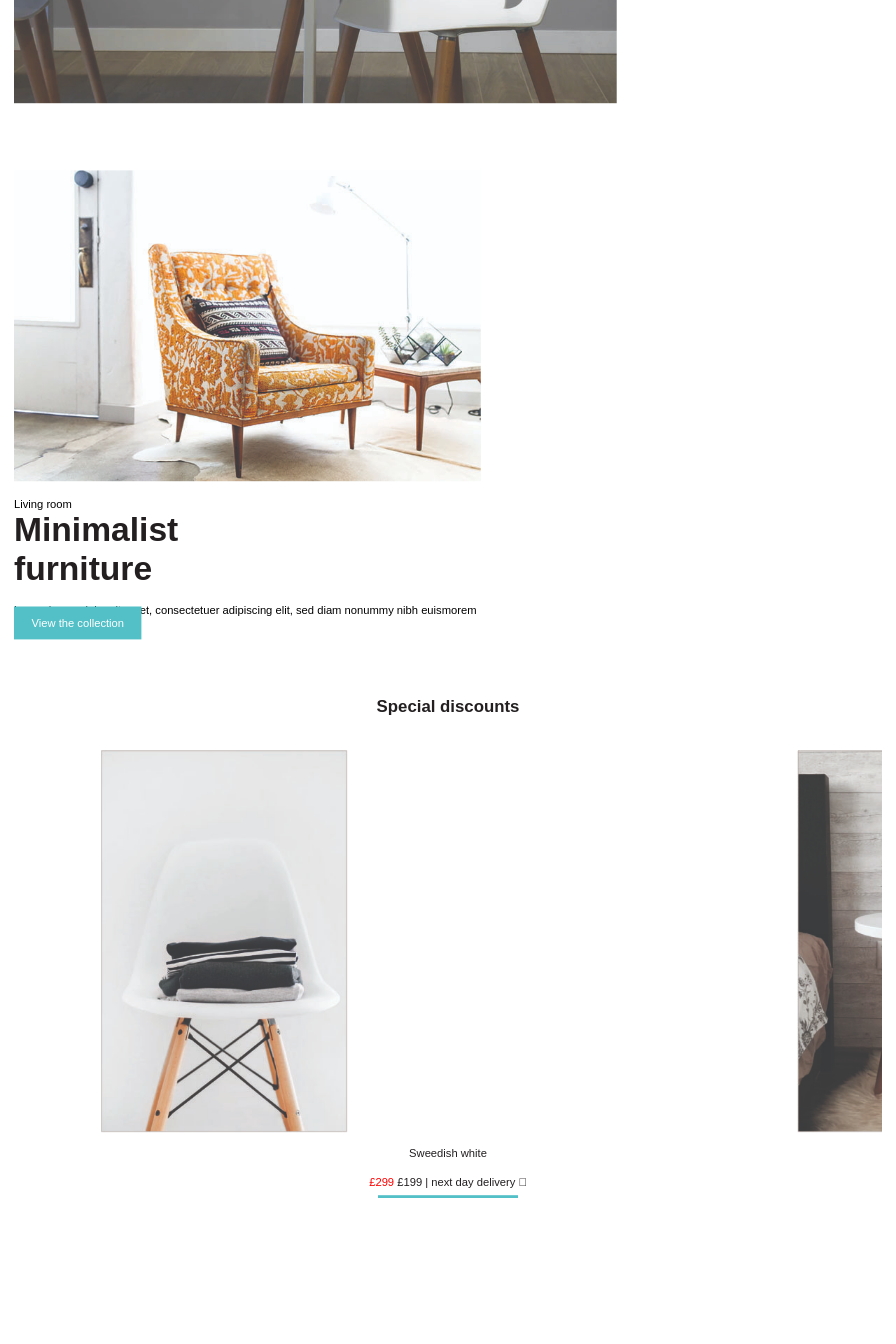
Repository: dinhhaidh/republic-web
Page: index.html
The author's editor kept a copy of each file at every save. The page is drawn from the files as they stood at one save, then again after the next save.
The browser window is 1280 px wide. The pictures show the part of the page from y = 1038 to 2958 px (the page is 2958 px tall), at 70% of full size.
Some web fonts or font styles are not loaded; a fallback is used. Some web libraries are served in a nearby version.

Above is the page before, as saved 2024-01-24 19:10:03.

### index.html
<!DOCTYPE html>
<html lang="en">
<head>
    <meta charset="UTF-8">
    <meta name="viewport" content="width=device-width, initial-scale=1.0">

    <!--=============== FAVICON ===============-->
    <link rel="shortcut icon" href="assets/img/favicon.png" type="image/x-icon">

    <!--=============== REMIXICONS ===============-->
    <link rel="stylesheet" href="https://cdn.jsdelivr.net/npm/remixicon@4.1.0/fonts/remixicon.min.css">

    <link
    rel="stylesheet"
    href="https://cdn.jsdelivr.net/npm/swiper@11/swiper-bundle.min.css"
  />

    <!--=============== CSS ===============-->
    <link rel="stylesheet" href="style.css">

    <title>Responsive </title>
</head>
<body>
    <!--==================== HEADER ====================-->
    <header class="header" id="header">
        <nav class="nav container">
            <a href="#" class="nav__logo">
                <img src="./img/logo.jpg" alt="image" class="nav__img">
            </a>
            <div class="nav__menu" id="nav-menu">
                <ul class="nav__list">
                    <li class="nav__item">
                        <a href="#home" class="nav__link">Home</a>
                    </li>
                    <li class="nav__item">
                        <a href="#bedroom" class="nav__link">Bedroom</a>
                    </li>
                    <li class="nav__item">
                        <a href="#lounge" class="nav__link">Lounge</a>
                    </li>
                    <li class="nav__item">
                        <a href="#kitchen" class="nav__link">Kitchen</a>
                    </li>
                    <li class="nav__item">
                        <a href="#lighting" class="nav__link">Lighting</a>
                    </li>
                </ul>
                <div class="nav__close" id="nav-close">
                    <i class="ri-close-line"></i>
                </div>
            </div>

            <form action="" class="nav__button">
                <div class="button">
                    <input type="text" placeholder="Find something..." class="form-control">
                    <i class="ri-search-line button__search"></i>
                </div>
                <div class="shopping">
                    <i class="ri-shopping-cart-line "></i>
                    <span class="shopping__quantity">0</span>
                </div>
            </form>
            <!-- toggle -->
            <div class="nav__toggle" id="nav-toggle">
                <i class="ri-menu-line"></i>
            </div>
        </nav>
    </header>

    <!--==================== MAIN ====================-->
    <main class="main">
        <!--==================== Home  ====================-->
        <section class="home section" id="home">
            <div class="home__container container">
                <div class="home__contennt">
                    <h1 class="home__title">Premium <br> collection</h1>
                    <p class="home__desc">
                        Lorem ipsum dolor sit amet, consectetuer adipiscing elit, sed diam nonummy nibh euismorem ipsum dolor sit amet, consectetuer adipiscing elit
                    </p>
                    <h4>£2,300</h4>
                    <a href="#" class="button__link">View the collection</a>
                </div>
                <div class="home__images">
                    <img src="./img/hom1.jpg" alt="" class="home__image">
                    <div class="home__span">
                        <span><a href="">Lorem ipsum dolor sit amet</a>    £2,300</span>
                        <span><a href="#"> Consectetuer adsed diam</a>    £2,300</span>
                    </div>
                </div>
            </div>
        </section>

        <!--==================== Bedroom ====================-->
        <section class="bedroom section" id="bedroom">
            <div class="bedroom__container container grid">
                <div class="bedroom__images">
                    <img src="./img/funitire1.jpg" alt="" class="bedroom__image">
                </div>
                <div class="bedroom__contennt">
                    <span>Living room</span>
                    <div class="bedroom-brick"></div>
                    <h2 class="home__title">Minimalist <br>
                        furniture</h2>
                    <p class="bedroom__desc">
                        Lorem ipsum dolor sit amet, consectetuer adipiscing elit, sed diam nonummy nibh euismorem
                    </p>
                    <a href="#" class="button__link">View the collection</a>
                </div>

            </div>
        </section>

        <!--==================== Lounge  ====================-->
        <section class="lounge  section" id="lounge ">
            <h2 class="lounge-title">Special discounts</h2>
            <div class="lounge__container container swiper">
                <div class="swiper-wrapper">
                    <article class=" lounge__card swiper-slide">
                        <img src="./img/special1.jpg" alt="" class="lounge__img">
                        <h4>Sweedish white</h4>
                        <h4><span>£299</span> £199  |  next day delivery  </h4>
                        <a href="#" class="button__link lounge__button">View Sweedish white</a>
                    </article>
                    <article class=" lounge__card swiper-slide">
                        <img src="./img/special2.jpg" alt="" class="lounge__img">
                        <h4>Sweedish white</h4>
                        <h4><span>£299</span> £199  |  next day delivery  </h4>
                        <a href="#" class="button__link lounge__button">View Sweedish white</a>
                    </article>
                    <article class=" lounge__card swiper-slide">
                        <img src="./img/special3.jpg" alt="" class="lounge__img">
                        <h4>Sweedish white</h4>
                        <h4><span>£299</span> £199  |  next day delivery  </h4>
                        <a href="#" class="button__link lounge__button">View Sweedish white</a>
                    </article>
                    <article class=" lounge__card swiper-slide">
                        <img src="./img/special4.jpg" alt="" class="lounge__img">
                        <h4>Sweedish white</h4>
                        <h4><span>£299</span> £199  |  next day delivery  </h4>
                        <a href="#" class="button__link lounge__button">View Sweedish white</a>
                    </article>
                </div>
            </div>
        </section>

        <!--==================== Kitchen ====================-->
        <section class="kitchen  section" id="kitchen">

        </section>

        <!--==================== Lighting ====================-->
        <section class="lighting  section" id="lighting">

        </section>
    </main>

    <!--==================== FOOTER ====================-->
    <footer class="footer">

    </footer>

    <!--========== SCROLL UP ==========-->

    <script src="https://cdn.jsdelivr.net/npm/swiper@11/swiper-bundle.min.js"></script>


    <!--=============== SCROLLREVEAL ===============-->
    <script src=""></script>

    <!--=============== JQuery ===============-->
    <script src="https://code.jquery.com/jquery-3.7.1.slim.min.js" integrity="sha256-kmHvs0B+OpCW5GVHUNjv9rOmY0IvSIRcf7zGUDTDQM8=" crossorigin="anonymous"></script>

    <!--=============== MAIN JS ===============-->
    <script src="/js/main.js"></script>
</body>
</html>

### style.css
/*=============== GOOGLE FONTS ===============*/
@import url("https://fonts.cdnfonts.com/css/source-sans-pro");

/*=============== VARIABLES CSS ===============*/
:root {
  --header-height: 3.5rem;

  /*========== Colors ==========*/
  /*Color mode HSL(hue, saturation, lightness)*/
  --first-color: hsl(28, 88%, 62%);
  --first-color-alt: hsl(28, 84%, 58%);
  --title-color: hsl(0, 0%, 95%);
  --text-color: hsl(0, 0%, 75%);
  --text-color-light: hsl(0, 0%, 65%);
  --black-color: #231f20;
  --body-color: hsl(0, 0%, 6%);
  --container-color: hsl(0, 0%, 10%);

  /*========== Font and typography ==========*/
  /*.5rem = 8px | 1rem = 16px ...*/
  --body-font: "Montserrat", sans-serif;
  --second-font: "Dancing Script", cursive;
  --biggest-font-size: 2.5rem;
  --bigger-font-size: 2rem;
  --h1-font-size: 1.5rem;
  --h2-font-size: 1.25rem;
  --h3-font-size: 1rem;
  --normal-font-size: .938rem;
  --small-font-size: .813rem;

  /*========== Font weight ==========*/
  --font-regular: 400;
  --font-semi-bold: 600;
  --font-bold: 700;

  /*========== z index ==========*/
  --z-tooltip: 10;
  --z-fixed: 100;
}

/*========== Responsive typography ==========*/
@media screen and (min-width: 1150px) {
  :root {
    --biggest-font-size: 4.375rem;
    --bigger-font-size: 3rem;
    --h1-font-size: 2.25rem;
    --h2-font-size: 1.5rem;
    --h3-font-size: 1.25rem;
    --normal-font-size: 1rem;
    --small-font-size: .875rem;
  }
}

/*=============== BASE ===============*/
* {
  box-sizing: border-box;
  padding: 0;
  margin: 0;
}

html {
  scroll-behavior: smooth;
}

body,
button {
  font-family: var(--body-font);
  font-size: var(--normal-font-size);
}

body {
  /* color: var(--text-color); */
}

button {
  border: none;
  outline: none;
}

h1, h2, h3, h4 {
  color: var(--black-color);
  font-weight: var(--font-bold);
}

ul {
  list-style: none;
}

a {
  text-decoration: none;
}

img {
  display: block;
  max-width: 100%;
  height: auto;
}

/*=============== REUSABLE CSS CLASSES ===============*/
.container {
  max-width: 1240px;
  margin-inline: 1.5rem;
}

.grid {
  display: grid;
  gap: 1.5rem;
}

.section {
  padding-block: 5rem 1rem;
}

.section__title {
  font-size: var(--bigger-font-size);
  font-family: var(--second-font);
  margin-bottom: 1.5rem;
  text-align: center;
}

.main {
  overflow: hidden; /* For animation ScrollReveal */
}

/*=============== HEADER & NAV ===============*/
.header{
  position: fixed;
  width: 100%;
  top: 0;
  left: 0;
  background-color: transparent;
  z-index: var(--z-fixed);
  transition: .4s;
}
.nav{
  position: relative;
  height: var(--header-height);
  display: flex;
  align-items: center;
  justify-content: space-between;
}
.nav__img{
  width: 100px;
  transition: .4s;
}
.nav__toggle,
.nav__close{
  cursor: pointer;
  font-size: 1.5rem;
  color: black;
}
.form-control{
  padding: 13px 40px 13px 20px;
  border-radius: 25px
}
.nav__button{
  display:flex;
  align-items: center;
  justify-content: center;
  column-gap: 1.625rem;
}
.nav__link{
  color: var(--black-color);
  font-weight: var(--font-regular);
  font-family: 'Source Sans Pro', sans-serif;
}
.button{
  display: flex;
  position: relative;
}
.button input::placeholder{
  color: var(--black-color);
}
.button__search{
  position: absolute;
  top: 0.9rem;
  right: 1rem;
}
.shopping i{
  font-size: 1.25rem;
  position: relative;
}
.shopping__quantity{
  background-color: red;
    padding: 1px 3px;
    color: #fff;
    position: absolute;
    top: 1.8rem;
    right: 0.05rem;
    border-radius: 50%;
    font-size: .7rem;
}



/* Navigation for mobile devices */
@media screen and (max-width: 1023.98px) {
  .nav__menu {
    position: fixed;
    top: 0;
    right: -100%;
    background-color: #fff;
    backdrop-filter: blur(16px);
    -webkit-backdrop-filter: blur(16px);
    width: 80%;
    height: 100%;
    padding: 6rem 3rem 0px;
    transition: right .4s;
  }
  .nav__list{
    display: flex;
    flex-direction: column;
    row-gap: 2.5rem;
  }
  .nav__link{
    color: var(--black-color);
    font-weight: var(--font-semi-bold);
    transition: color .4s;
  }
  /* .nav__link:hover{

  } */
  .nav__close{
    position: absolute;
    top: 1rem;
    right: 1.5rem;
  }
  .nav__button{
    display: none;
  }
}


/* Show menu */
.show-menu{
  right: 0;
}

/* Add blur header */
.scroll-header {
  background-color: #fff;
  box-shadow: 0 1px 4px hsla(220, 4%, 15%, .1);
}

/* Active link */


/*=============== Home ===============*/
.home{
  padding-top: 5rem;
}
.home__container{
  display: flex;
  flex-direction: column;
  row-gap: 3rem;
}
.home__title{
  font-size: var(--bigger-font-size);
  margin-bottom: 1.5rem;
}
.home__desc{
  font-weight: var(--font-regular);
  color: var(--black-color);
  line-height: 1.5;
  margin-bottom: var(--h2-font-size);
}
.home h4{
  font-size: var(--h1-font-size);
  margin-bottom: var(--bigger-font-size);
}
.button__link{
  background-color: #53c0c7;
  padding: 15px 25px;
  color: #fff;
  font-weight: 400;
}
.home__span span:nth-child(1){
  position: absolute;
  right: 1rem;
  top: 1rem;
  color: #fff;
}
.home__span span:nth-child(2){
  right: 1rem;
  position: absolute;
  top: 2rem;
  color: #fff;
}
.home__span span a{
  color: #fff;
}
.home__images{
  position: relative;
}
.home__image{

}

/*=============== BUTTON ===============*/


/*=============== Bedroom ===============*/


/*=============== Lounge  ===============*/
.lounge{

}


.lounge-title{
  display:flex;
  align-items: center;
  justify-content: center;
}
.lounge__container{
  margin-top: var(--bigger-font-size);
  height: 640px;
}

.lounge h3{
  font-size: 0.8rem;
  font-weight: 400;
}

.swiper-wrapper{

}
.lounge__card{
  text-align: center;
  width: 80%;
}
.lounge__card span{
  color: red;
}
.swiper-slide{

}

.lounge h4{
  margin-top: 1.3rem;
  margin-bottom: var(--h2-font-size);
  font-size: 1rem;
  font-weight: 400;
}
.button__link{

}
.lounge__button{

}

/*=============== Kitchen  ===============*/

/*=============== Lighting  ===============*/



/*=============== FOOTER ===============*/


/*=============== SCROLL BAR ===============*/


/*=============== SCROLL UP ===============*/


/* Show Scroll Up */


/*=============== BREAKPOINTS ===============*/
/* For small devices */
@media screen and (min-width: 1024px){
  .nav{
    height: calc(var(--header-height) + 2rem)
  }
  .nav__toggle,
  .nav__close{
    display: none;
  }
  .nav__list{
    display: flex;
    flex-wrap: nowrap;
    column-gap: 4rem;
  }
}
@media screen and (min-width: 1150px) {
  .container{
    margin-inline: auto;
  }


}

/* For medium devices */


/* For large devices */

### js/main.js
$(document).ready(function () {
  $("#nav-toggle").click(function () {
    $("#nav-menu").addClass("show-menu");
  });
  $("#nav-close").click(function () {
    $("#nav-menu").removeClass("show-menu");
  });
  $(window).scroll(function () {
    $("#header").toggleClass("scroll-header", $(this).scrollTop() >= 50);
  });
});
/*=============== SWIPER PRODUCTS ===============*/
var swiperLounge = new Swiper(".lounge__container", {
  // luot lien tuc
    spaceBetween: 32,
    grabCursor: true,
    centeredSlides: true,
    slidesPerView: "auto",
    loop: true,
    ////
    navigator: {
    nextEl: ".swiper-button-next",
    prevEl: ".swiper-button-prev",
    },

  // lích thước resposive
    breakpoints: {
        1240: {
        spaceBetween: 3,
      },
        1240: {
        spaceBetween: 3,
      },
        450: {
        spaceBetween: 1,
      },
    },

  //
});

// var swiper = new Swiper(".lounge__container", {
//   // luot lien tuc
//     spaceBetween: 32,
//     grabCursor: true,
//     centeredSlides: true,
//     slidesPerView: "auto",
//     loop: true,

  // slidesPerView: 3,
  // spaceBetween: 30,
  // freeMode: true,
  // pagination: {
  //   el: ".swiper-pagination",
  //   clickable: true,
  // },

//   slidesPerView: 3,
//   spaceBetween: 30,
//   centeredSlides: true,
//   pagination: {
//     el: ".swiper-pagination",
//     clickable: true,
//   },
// });

After the next save:
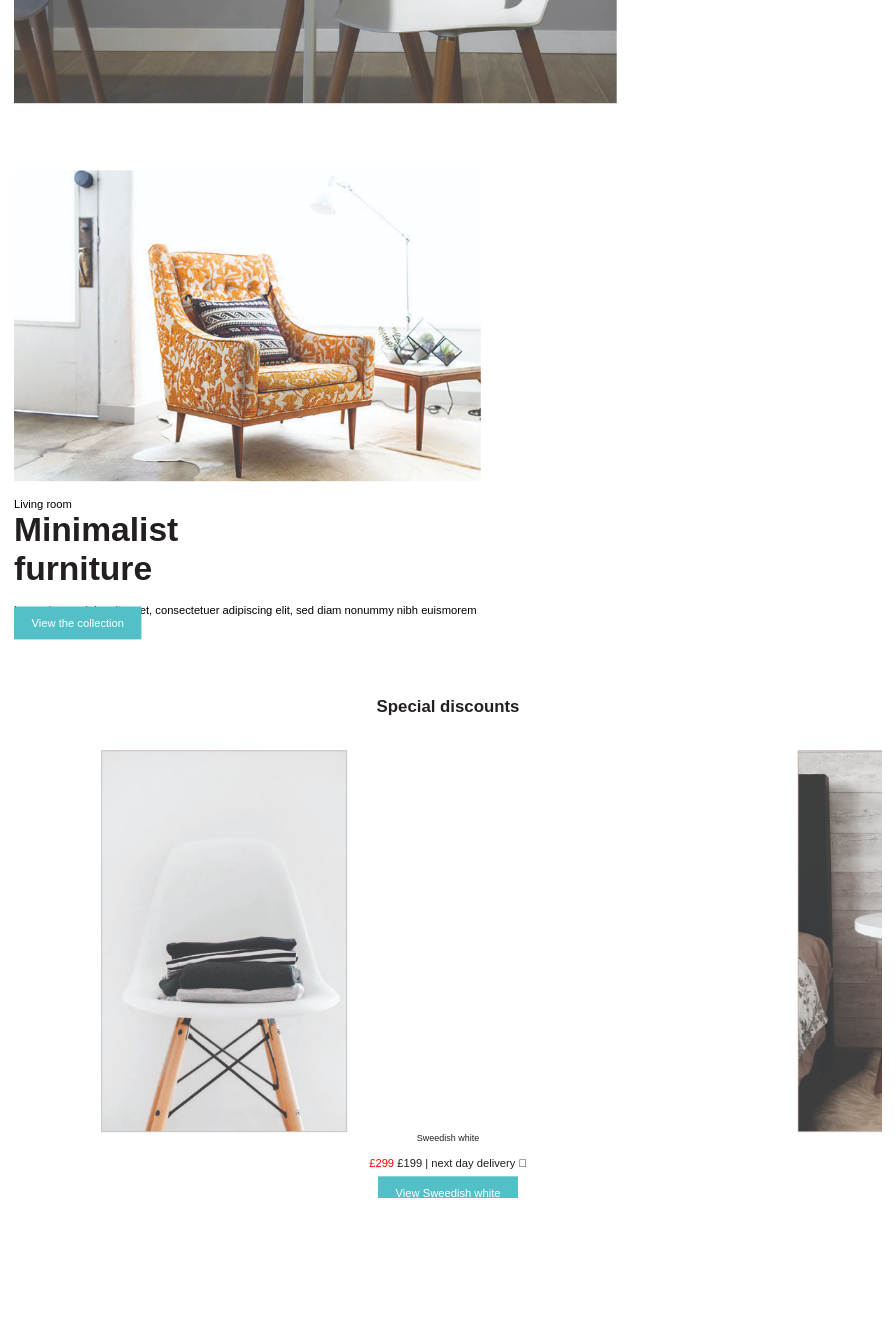
Saved 16 s later.
--- a/index.html
+++ b/index.html
@@ -117,7 +117,7 @@
                 <div class="swiper-wrapper">
                     <article class=" lounge__card swiper-slide">
                         <img src="./img/special1.jpg" alt="" class="lounge__img">
-                        <h4>Sweedish white</h4>
+                        <h3>Sweedish white</h3>
                         <h4><span>£299</span> £199  |  next day delivery  </h4>
                         <a href="#" class="button__link lounge__button">View Sweedish white</a>
                     </article>
